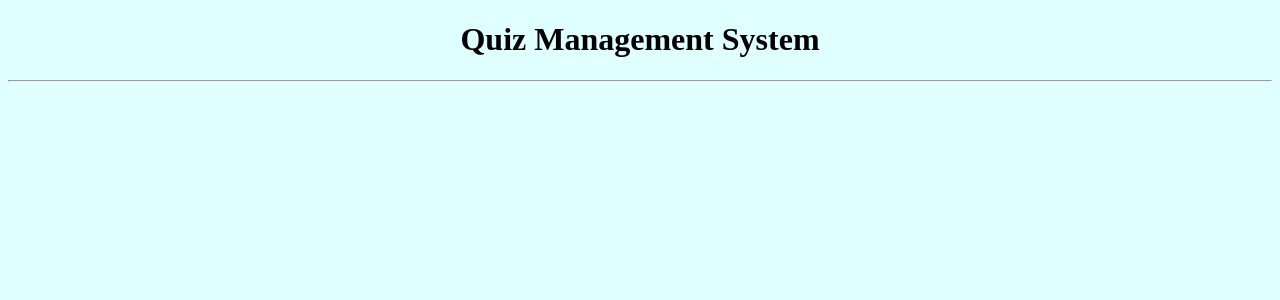
Repository: Rohitsenpai01/Quiz-Manangement-System
Page: http://localhost/WebQuizApp/createquiz.jsp
These files come from the project's save history. The page is drawn as it stood at one moment and after the next save; the edit follows.
The browser window is 1280 px wide. The pictures show the whole page.
The page is served by Tomcat 9. Other server files are loaded and not shown.

Above is the page before, as saved 2025-12-29 13:46:39.

### WebQuizApp/WebQuizApp/src/main/webapp/createquiz.jsp
<%@ page language="java" contentType="text/html; charset=UTF-8"
    pageEncoding="UTF-8"%>
<%@ taglib prefix="c" uri="http://java.sun.com/jsp/jstl/core" %>
<!DOCTYPE html>
<html>
<head>
<meta charset="UTF-8">
<title>Create Quiz</title>
</head>
<body bgcolor="${initParam.theme}">
	<h1 style="text-align: center;">${initParam.appTitle}</h1><hr><br>

</body>
</html>

After the next save:
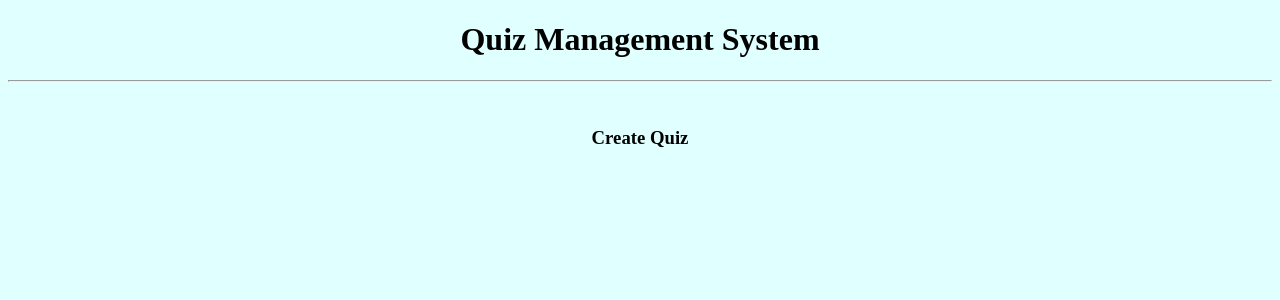
Saved 8 min 39 s later.
--- a/WebQuizApp/WebQuizApp/src/main/webapp/createquiz.jsp
+++ b/WebQuizApp/WebQuizApp/src/main/webapp/createquiz.jsp
@@ -9,6 +9,11 @@
 </head>
 <body bgcolor="${initParam.theme}">
 	<h1 style="text-align: center;">${initParam.appTitle}</h1><hr><br>
+	<div style="text-align: center;">
+		<h3>Create Quiz</h3>
+		<form method="post" action="quiz.jsp">
 
+		</form>
+	</div>
 </body>
 </html>
